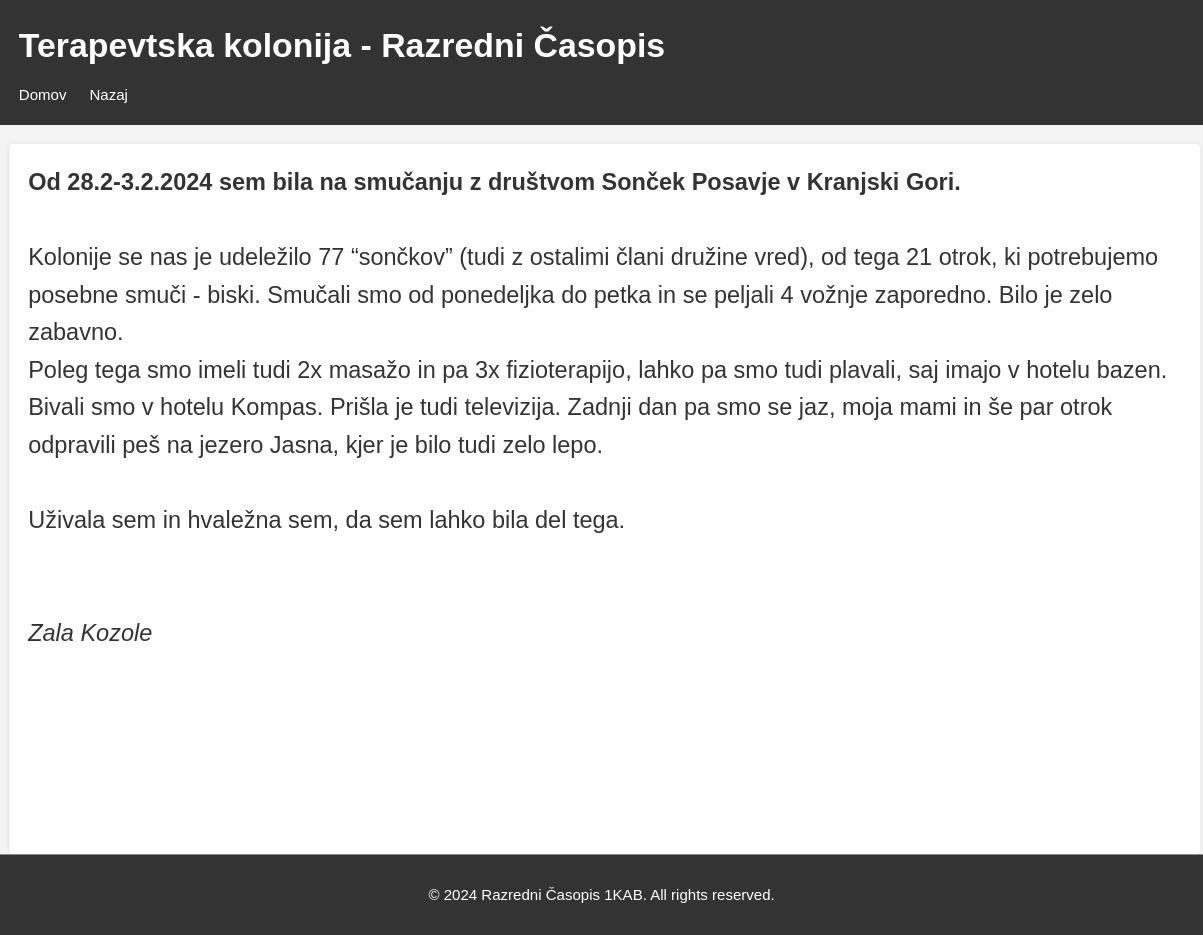
Repository: razrednicasopis/razrednicasopis.github.io
Page: Resources/terapevtskakolonija.html
An editor plug-in stored every save of this project. The page is shown before and after the next save, followed by the edit.
The browser window is 1280 px wide. The pictures show the whole page, at 94% of full size.

Above is the page before, as saved 2024-03-12 12:53:04.
Console error: TypeError: Cannot read properties of null (reading 'addEventListener')

### Resources/terapevtskakolonija.html
<!DOCTYPE html>
<html lang="en">
<head>
    <meta charset="UTF-8">
    <meta name="viewport" content="width=device-width, initial-scale=1.0">
    <title>Terapevtska kolonija - Razredni Časopis</title>
    <link rel="stylesheet" href="system.css">
    <link rel="stylesheet" href="styless.css">
</head>
<body>

    <div class="blur-container">
    <header>
        <h1>Terapevtska kolonija - Razredni Časopis</h1>
        <nav>
          <ul>
            <li><a href="index.html">Domov</a></li>
            <li><a href="februar2024.html">Nazaj</a></li>
          </ul>
        </nav>
      </header>

<div class="člankimargin">
    <article>
        <div class="člankitext">
        <b>Od 28.2-3.2.2024 sem bila na smučanju z društvom Sonček Posavje v Kranjski Gori. </b><br><br>
Kolonije se nas je udeležilo 77 “sončkov” (tudi z ostalimi člani družine vred), od tega 21
otrok, ki potrebujemo posebne smuči - biski. Smučali smo od ponedeljka do petka in se
peljali 4 vožnje zaporedno. Bilo je zelo zabavno. <br>
Poleg tega smo imeli tudi 2x masažo in pa
3x fizioterapijo, lahko pa smo tudi plavali, saj imajo v hotelu bazen. <br>
Bivali smo v hotelu Kompas. Prišla je tudi televizija. Zadnji dan pa smo se jaz, moja mami in še par otrok
odpravili peš na jezero Jasna, kjer je bilo tudi zelo lepo. <br><br>
Uživala sem in hvaležna sem, da sem lahko bila del tega. <br><br><br>
            <i>Zala Kozole</i>
        </div>
    </article>
</div>


<footer>
    <p>&copy; 2024 Razredni Časopis 1KAB. All rights reserved.
    </footer>
</div>

<!--Pop-ups and other HTML code-->
<div id="maintenancePopup">
    <div id="maintenancePopupContent">
      <h1>POVEZAVA IZGUBLJENA</h1>
      <p>Povezava z strežnikom izgubljena zaradi vzdrževanja strani. Prosimo osvežite stran.</p>
      <button id="closeMaintenancePopupBtn">Osveži</button>
    </div>
  </div>

<script src="alerts.js"></script>
<script src="maintenancemode.js"></script>
</body>
</html>

### Resources/system.css
/* Koda za "Coming Soon" pop-up */

#popupContainer {
    display: none;
    position: fixed;
    top: 50%;
    left: 50%;
    transform: translate(-50%, -50%);
    background-color: #ffffff;
    box-shadow: 0 4px 8px rgba(0, 0, 0, 0.1);
    padding: 20px;
    border-radius: 10px;
    text-align: center;
    z-index: top;
  }

  #popupContent {
    max-width: 400px;
    margin: 0 auto;
  }

  #closePopupBtn {
    background-color: #3498db;
    color: #ffffff;
    padding: 10px 15px;
    border: none;
    border-radius: 5px;
    cursor: pointer;
  }

  #closePopupBtn:hover {
      background-color: #4da8e1;
  }

  #showPopupLink {
    display: inline-block;
    padding: 10px 15px;
    color: #ffffff;
    text-decoration: none;
    border-radius: 5px;
    cursor: pointer;
  }

body.popup-open {
   overflow: hidden;
}

.popup-open .blur-container {
  filter: blur(5px); /* Apply blur effect only when popup is open */
  pointer-events: none;
}

#maintenancePopup {
  display: none;
  position: fixed;
  top: 50%;
  left: 50%;
  transform: translate(-50%, -50%);
  background-color: #ffffff;
  box-shadow: 0 4px 8px rgba(0, 0, 0, 0.1);
  padding: 20px;
  border-radius: 10px;
  text-align: center;
  z-index: 999;
}

#maintenancePopupContent {
  max-width: 400px;
  margin: 0 auto;
}

#closeMaintenancePopupBtn {
  background-color: #3498db;
  color: #ffffff;
  padding: 10px 15px;
  border: none;
  border-radius: 5px;
  cursor: pointer;
  margin-top: 20px;
}

#closeMaintenancePopupBtn:hover {
  background-color: #4da8e1;
}

/* Koda za "Kontakt" obrazec */

#contactform {
    align-self: center;
    }

    .formcontainer {
      text-align: center;
      margin-top: 50px;
      display: flex;
      justify-content: center;
      align-items: flex-start; /* Align items at the top */
  }

  .border-box {
      display: inline-block;
      padding: 20px;
      width: 550px;
      height: 500px;
      border: 5px solid #333; /* Set your desired border color */
      border-radius: 30px; /* Set the border radius for slightly curved corners */
      background-color: #333; /* Set your desired background color inside the border */
  }

  form input,
form textarea {
    width: calc(100% - 40px); /* Adjusted width with a bit of padding on each side */
    padding: 10px; /* Increased padding for better readability */
    margin-bottom: 5px; /* Increased spacing between input areas */
    margin-top: 25px; /* Move input areas slightly lower */
    height: 40px; /* Increased height to make input areas bigger */
}

form select{
width: calc(100% - 40px); /* Adjusted width with a bit of padding on each side */
padding: 10px; /* Increased padding for better readability */
margin-bottom: 5px;
margin-top: 20px; /* Move input areas slightly lower */
height: 40px; /* Height of input areas */
border: 1px solid #ccc; /* Border style */
border-radius: 5px; /* Border radius */
font-size: 16px; /* Font size */
}

form textarea {
  height: 120px;
}

/* Form Submit Button Styles */

/* Your existing CSS code */
/* Koda za "Coming Soon" pop-up */

#popupContainer {
  display: none;
  position: fixed;
  top: 50%;
  left: 50%;
  transform: translate(-50%, -50%);
  background-color: #ffffff;
  box-shadow: 0 4px 8px rgba(0, 0, 0, 0.1);
  padding: 20px;
  border-radius: 10px;
  text-align: center;
  z-index: top;
}


#popupContent {
  max-width: 400px;
  margin: 0 auto;
}

#closePopupBtn {
  background-color: #3498db;
  color: #ffffff;
  padding: 10px 15px;
  border: none;
  border-radius: 5px;
  cursor: pointer;
}

#closePopupBtn:hover {
    background-color: #4da8e1;
}

#showPopupLink {
  display: inline-block;
  padding: 10px 15px;
  color: #ffffff;
  text-decoration: none;
  border-radius: 5px;
  cursor: pointer;
}

body.popup-open {
 overflow: hidden;
}

body.blur {
filter: blur(5px);
pointer-events: none;
z-index: 1;
}

/* Koda za "Kontakt" obrazec */

#contactform {
  align-self: center;
}

.formcontainer {
  text-align: center;
  margin-top: 50px;
  display: flex;
  justify-content: center;
  align-items: flex-start; /* Align items at the top */
}

.border-box {
  display: inline-block;
  padding: 20px;
  width: 550px;
  height: 500px;
  border: 5px solid #333; /* Set your desired border color */
  border-radius: 30px; /* Set the border radius for slightly curved corners */
  background-color: #333; /* Set your desired background color inside the border */
}

form input,
form textarea {
  width: calc(100% - 40px); /* Adjusted width with a bit of padding on each side */
  padding: 10px; /* Increased padding for better readability */
  margin-bottom: 5px; /* Increased spacing between input areas */
  margin-top: 25px; /* Move input areas slightly lower */
  height: 40px; /* Increased height to make input areas bigger */
}

form select{
width: calc(100% - 40px); /* Adjusted width with a bit of padding on each side */
padding: 10px; /* Increased padding for better readability */
margin-bottom: 5px;
margin-top: 20px; /* Move input areas slightly lower */
height: 40px; /* Height of input areas */
border: 1px solid #ccc; /* Border style */
border-radius: 5px; /* Border radius */
font-size: 16px; /* Font size */
}

form textarea {
height: 120px;
}

/* Combined CSS for Blob Button */

*, *:before, *:after {
  box-sizing: border-box;
  margin: 0;
  padding: 0;
}

.buttons {
  margin-top: 2 0px;
  text-align: center;
  border-radius: 30px;
}

.blob-btn {
  z-index: 1;
  position: relative;
  padding: 20px 150px;
  margin-bottom: 40px;
  margin-top: 10px;
  text-align: center;
  text-transform: uppercase;
  color: #0505A9;
  font-size: 16px;
  font-weight: bold;
  background-color: transparent;
  outline: none;
  border: none;
  transition: color 0.5s;
  cursor: pointer;
  border-radius: 30px;
}
.blob-btn:before {
  content: "";
  z-index: 1;
  position: absolute;
  left: 0;
  top: 0;
  width: 100%;
  height: 100%;
  border: 2px solid #0505A9;
  border-radius: 30px;
}
.blob-btn:after {
  content: "";
  z-index: -2;
  position: absolute;
  left: 3px;
  top: 3px;
  width: 100%;
  height: 100%;
  transition: all 0.3s 0.2s;
  border-radius: 30px;
}
.blob-btn:hover {
  color: #FFFFFF;
  border-radius: 30px;
}
.blob-btn:hover:after {
  transition: all 0.3s;
  left: 0;
  top: 0;
  border-radius: 30px;
}
.blob-btn__inner {
  z-index: -1;
  overflow: hidden;
  position: absolute;
  left: 0;
  top: 0;
  width: 100%;
  height: 100%;
  border-radius: 30px;
  background: #ffffff;
}
.blob-btn__blobs {
  position: relative;
  display: block;
  height: 100%;
  filter: url("#goo");
}
.blob-btn__blob {
  position: absolute;
  top: 2px;
  width: 30%;
  height: 100%;
  background: #0505A9;
  border-radius: 100%;
  transform: translate3d(0, 150%, 0) scale(1.7);
  transition: transform 0.45s;
}
@supports (filter: url("#goo")) {
  .blob-btn__blob {
    transform: translate3d(0, 150%, 0) scale(1.4);
  }
}
.blob-btn__blob:nth-child(1) {
  left: 0%;
  transition-delay: 0s;
}
.blob-btn__blob:nth-child(2) {
  left: 30%;
  transition-delay: 0.08s;
}
.blob-btn__blob:nth-child(3) {
  left: 60%;
  transition-delay: 0.16s;
}
.blob-btn__blob:nth-child(4) {
  left: 90%;
  transition-delay: 0.24s;
}
.blob-btn:hover .blob-btn__blob {
  transform: translateZ(0) scale(1.7);
}

/* Define the keyframes for the pulse effect */
@keyframes pulse {
  0% {
    box-shadow: 0 0 0 0 rgba(255, 255, 255, 0.7); /* Initial box shadow color, adjust to match button color */
  }
  50% {
    box-shadow: 0 0 0 20px rgba(255, 255, 255, 0); /* Intermediate box shadow color */
  }
  100% {
    box-shadow: 0 0 0 0 rgba(255, 255, 255, 0); /* Final box shadow color */
  }
}

/* Apply the animation to the button when it's clicked or focused */
.blob-btn:active, .blob-btn:focus {
  animation: pulse 0.3s ease-in-out; /* Adjust the duration to control the pulse speed */
}

@supports (filter: url("#goo")) {
  .blob-btn:hover .blob-btn__blob {
    transform: translateZ(0) scale(1.5);
  }
}

/* CSS za uro */

.clock {
  margin-top: 6cm;
  text-align: center;
  font-size: 3em;
}

/*CSS za vse stranske nav skupine razen za glavno */

.seznamvsebin {
  display: inline-block;
  vertical-align: bottom;
  width: calc(20% - 4px); /* Adjust width to accommodate border */
  box-sizing: border-box;
  margin: 40px;
  border: 3px solid #000; /* Border thickness */
  height: 750px; /* Set desired height */
  /* Additional styling for seznamvsebin if needed */
  background-color: #f2f2f2;

}

.seznamvsebin nav {
    justify-content: center;
    padding: 30px;

}

.seznamvsebin nav a {
      display: inline-block;
      padding: 5px 10px;
      color: #000000;
      text-align: center;
      text-decoration: none;
      margin-bottom: 5px;
      border: 2px, transparent;
      border-radius: 5px;
      transition: linear, border 0.1s linear;
      font-weight: bold;
}


.seznamvsebin nav a:hover {
    background-color: #e0e0e0;
    border: 2px solid #000000
}

.NoviceContent {
  float: right; /* Align to the right */
  width: calc(80% - 250px); /* Adjusted width */
  box-sizing: border-box;
  margin-top: 100px;
}

.NoviceContent p {
  margin-bottom: 20px;
}

#dynamicText {
  float: right; /* Align to the right */
  width: calc(89% - 250px); /* Adjusted width */
  box-sizing: border-box;
  margin-top: 90px;
}

#dynamicText article {
  width: 99%;
}

/* Pravila Obrazca CSS */

.pravilaobrazca {
  height: 630px;
}

.pravilaobrazca_opozorilo {
  margin-top: 275px; /* Keeps this div at the bottom */
  color: #666; /* Change text color if desired */
}

/* Random CSS */

/* CSS for the admin credits list */

.creditscontainer {
  display: flex;
  flex-wrap: wrap;
}

.creditslist {
  flex: 1;
  margin: 10px;
  padding: 0;
  list-style-type: none;
}

.creditslist li {
  margin-bottom: 5px;
}

.adminlist article {
  min-height: 225px;
}

/* Članki CSS */

.člankimargin {
  margin-top: 20px;
}

.člankimargin article {
  width: 99%;
  margin-left: 10px;
  height: 20cm;
}

.člankitext {
  margin-bottom: 75px;
  font-size: 25px;
}

.člankitext2 {
  font-size: 14.5px;
}

.člankitext3 {
  font-size: 18px;
}

#vitin_spis {
  font-size: 20px;
}

#grinchtext {
  font-size: 20px;
}

#grinchimg img {
  width: 20%;
  height: 20%
}

/* CSS za mediji.html */

.shrambaslik {
  float: right; /* Align to the right */
  width: calc(89% - 250px); /* Adjusted width */
  box-sizing: border-box;
  margin-top: 90px;
}

.shrambaslik img[id="1"] {
  width: 25%;
  height: 25%;
}

.shrambaslik img[id="2"] {
  width: 10%;
  height: 5%;
  margin-left: 2%;
}

### Resources/styless.css
* {
  margin: 0;
  padding: 0;
  box-sizing: border-box;
}

/* Globalni slogi */
body {
  font-family: Arial, sans-serif;
  line-height: 1.6;
  background-color: #f4f4f4;
  color: #333;
  margin: 0;
  padding: 0;
  max-height: 100vh;
}


.container {
    text-align: center;
    margin-top: 50px;
}

.border-box {
    display: inline-block;
    padding: 200px;
    width: 550px;
    height: 500px;
    border: 5px solid #333; /* Set your desired border color */
    border-radius: 30px; /* Set the border radius for slightly curved corners */
    background-color: #333; /* Set your desired background color inside the border */
}

header {
  background: #333;
  color: #fff;
  padding: 20px;
}

header h1 {
  margin-bottom: 10px;
  font-size: 36px;
}

nav ul {
  list-style: none;
}

nav ul li {
  display: inline;
  margin-right: 20px;
}

nav ul li a {
  color: #fff;
  text-decoration: none;
}

main {
  padding: 20px;
}

section {
  margin-bottom: 30px;
}

section h2 {
  margin-bottom: 15px;
}

article {
  background: #fff;
  padding: 20px;
  border-radius: 5px;
  box-shadow: 0 0 5px rgba(0, 0, 0, 0.1);
}

article h3 {
  margin-bottom: 10px;
}

article p {
  color: #666;
}

article a {
  display: inline-block;
  margin-top: 10px;
  text-decoration: none;
  color: #333;
  border-bottom: 1px solid #333;
  padding-bottom: 2px;
}

article a:hover {
  color: #000;
  border-color: #000;
}



footer {
  text-align: center;
  padding: 30px;
  background-color: #333;
  color: #fff;
  position: absolute;
  bottom: auto;
  width: 100%;
  text-align: center;
}

### Resources/alerts.js
 document.addEventListener('DOMContentLoaded', function () {
        document.querySelectorAll('.showPopupLink').forEach(function (link) {
            link.addEventListener('click', function (event) {
                event.preventDefault();
                document.getElementById('popupContainer').style.display = 'block';
                document.body.classList.add('popup-open');
            });
        });

        document.getElementById('closePopupBtn').addEventListener('click', function () {
            document.getElementById('popupContainer').style.display = 'none';
            document.body.classList.remove('popup-open');
        });
    });

    //Maintenance mode pop-up

    document.addEventListener('DOMContentLoaded', function ()  {
        function toggleMaintenancePopup(show) {
            var maintenancePopup = document.getElementById('maintenancePopup');
            if (maintenancePopup) {
                maintenancePopup.style.display = show ? 'block' : 'none';
                document.body.classList.toggle('popup-open', show);
                console.log(Error);
            }
        }


    function checkMaintenanceStatus() {
        setInterval(function () {


            toggleMaintenancePopup(maintenanceMode);

        }, 1000);
    }

    document.getElementById('closeMaintenancePopupBtn').addEventListener('click', function ()  {
        location.reload();
    });

    checkMaintenanceStatus();
});

Loaded but not shown: Resources/maintenancemode.js (no stored copy; drawn as an empty file)

After the next save:
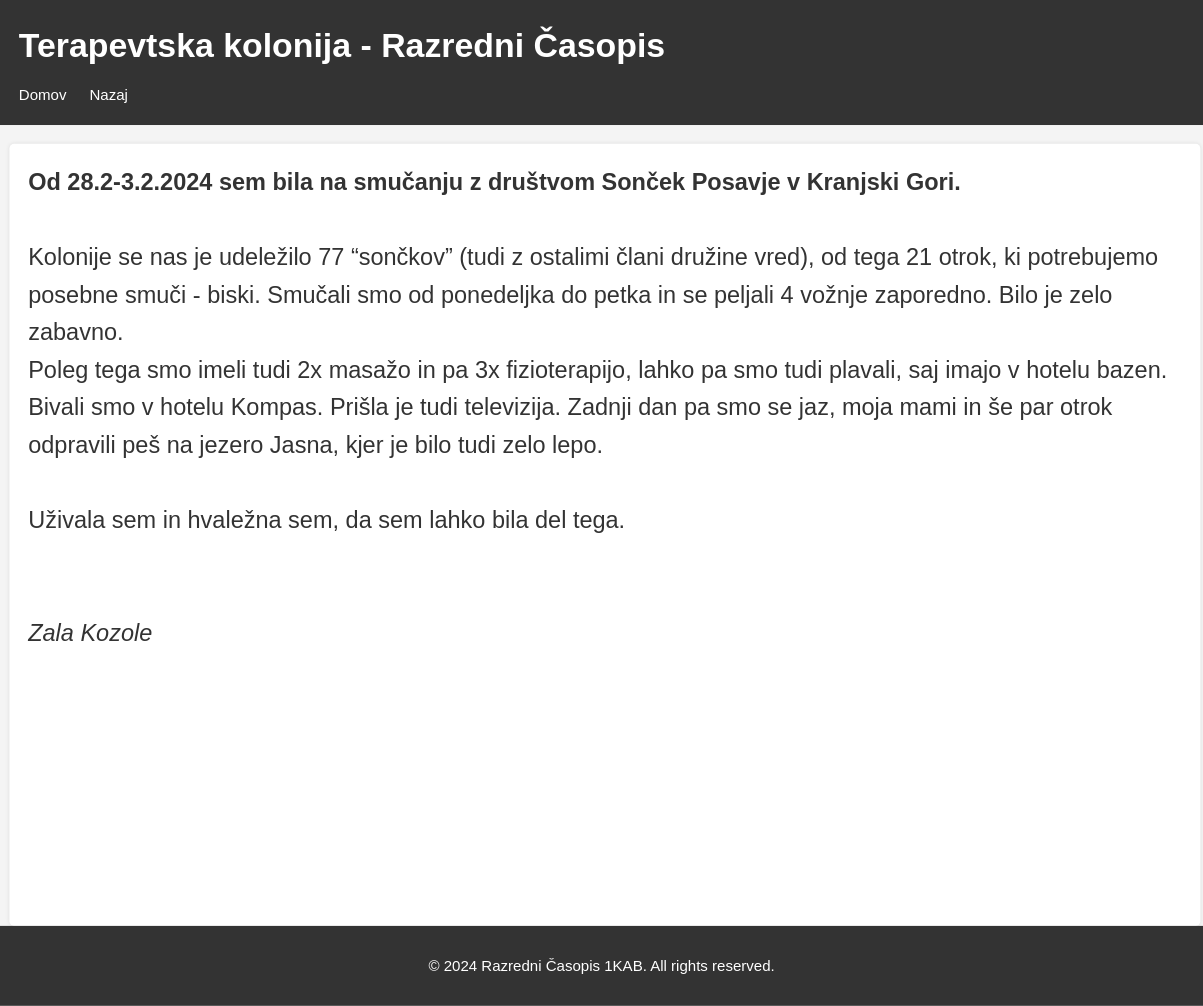
Saved 4 s later.
--- a/Resources/system.css
+++ b/Resources/system.css
@@ -490,7 +490,7 @@ height: 120px;
 .člankimargin article {
   width: 99%;
   margin-left: 10px;
-  height: 20cm;
+  height: 22cm;
 }
 
 .člankitext {
